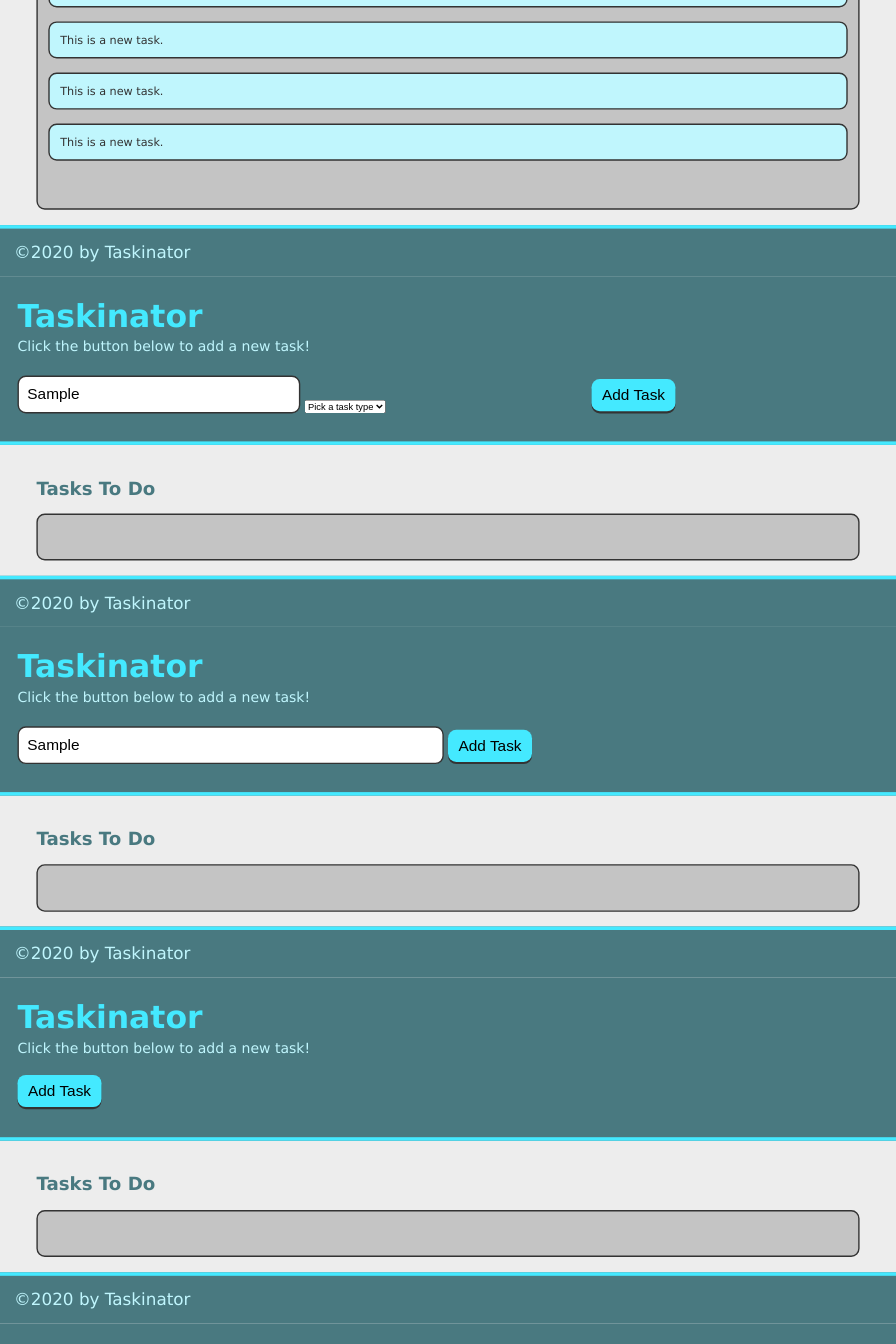
Repository: stuart-rickard/taskinator
Page: index.html
An editor plug-in stored every save of this project. The page is shown before and after the next save, followed by the edit.
The browser window is 1280 px wide. The pictures show the part of the page from y = 1931 to 3851 px (the page is 4368 px tall before and 4733 px after), at 70% of full size.
Empty fields were first filled with sample values (such as "Sample", 5 or name@example.com).
After loading, the first visible `#task-form` was submitted once.

Above is the page before, as saved 2021-11-17 00:43:46.

### index.html
<!DOCTYPE html>
<html lang="en">
<head>
    <meta charset="UTF-8">
    <meta http-equiv="X-UA-Compatible" content="IE=edge">
    <meta name="viewport" content="width=device-width, initial-scale=1.0">
    <title>Taskinator</title>
    <link rel="stylesheet" href="./assets/css/style.css">
</head>
<body>
    <header>
        <h1 class="page-title">Taskinator</h1>
        <p>Click the button below to add a new task!</p>
        <form id="task-form">
            <div class="form-group">
                <input type="text" name="task-name" placeholder="Enter Task Name" />
            </div>
            <div class="form-group">
                <select name="task-type" class="select-dropdown">
                  <option value="" disabled selected>Pick a task type</option>
                  <option value="Print">Print</option>
                  <option value="Web">Web</option>
                  <option value="Mobile">Mobile</option>
                </select>
            </div>
            <div class="form-group">
                <button class="btn" id="save-task" type="submit">Add Task</button>
            </div>
        </form>
    </header>
    <main class="page-content">
        <section class="task-list-wrapper">
          <h2 class="list-title">Tasks To Do</h2>
          <ul class="task-list" id="tasks-to-do">

          </ul>
        </section>
    </main>
    <footer>
        &copy;2020 by Taskinator
    </footer>

    <script src="./assets/js/script.js"></script>
</body>
</html>
<!DOCTYPE html>
<html lang="en">
<head>
    <meta charset="UTF-8">
    <meta http-equiv="X-UA-Compatible" content="IE=edge">
    <meta name="viewport" content="width=device-width, initial-scale=1.0">
    <title>Taskinator</title>
    <link rel="stylesheet" href="./assets/css/style.css">
</head>
<body>
    <header>
        <h1 class="page-title">Taskinator</h1>
        <p>Click the button below to add a new task!</p>
        <form id="task-form">
            <div class="form-group">
                <input type="text" name="task-name" placeholder="Enter Task Name" />
            </div>
            <div class="form-group">
                <select name="task-type">
                  <option value="" disabled selected>Pick a task type</option>
                  <option value="Print">Print</option>
                  <option value="Web">Web</option>
                  <option value="Mobile">Mobile</option>
                </select>
            </div>
            <div class="form-group">
                <button class="btn" id="save-task" type="submit">Add Task</button>
            </div>
        </form>
    </header>
    <main class="page-content">
        <section class="task-list-wrapper">
          <h2 class="list-title">Tasks To Do</h2>
          <ul class="task-list" id="tasks-to-do">

          </ul>
        </section>
    </main>
    <footer>
        &copy;2020 by Taskinator
    </footer>

    <script src="./assets/js/script.js"></script>
</body>
</html>
<!DOCTYPE html>
<html lang="en">
<head>
    <meta charset="UTF-8">
    <meta http-equiv="X-UA-Compatible" content="IE=edge">
    <meta name="viewport" content="width=device-width, initial-scale=1.0">
    <title>Taskinator</title>
    <link rel="stylesheet" href="./assets/css/style.css">
</head>
<body>
    <header>
        <h1 class="page-title">Taskinator</h1>
        <p>Click the button below to add a new task!</p>
        <form id="task-form">
            <div class="form-group">
                <input type="text" name="task-name" placeholder="Enter Task Name" />
            </div>
            <div class="form-group">
                <button class="btn" id="save-task" type="submit">Add Task</button>
            </div>
        </form>
    </header>
    <main class="page-content">
        <section class="task-list-wrapper">
          <h2 class="list-title">Tasks To Do</h2>
          <ul class="task-list" id="tasks-to-do">

          </ul>
        </section>
    </main>
    <footer>
        &copy;2020 by Taskinator
    </footer>

    <script src="./assets/js/script.js"></script>
</body>
</html>
<!DOCTYPE html>
<html lang="en">
<head>
    <meta charset="UTF-8">
    <meta http-equiv="X-UA-Compatible" content="IE=edge">
    <meta name="viewport" content="width=device-width, initial-scale=1.0">
    <title>Taskinator</title>
    <link rel="stylesheet" href="./assets/css/style.css">
</head>
<body>
    <header>
        <h1 class="page-title">Taskinator</h1>
        <p>Click the button below to add a new task!</p>
        <form id="task-form">
            <div class="form-group">
                <button class="btn" id="save-task" type="submit">Add Task</button>
            </div>
        </form>
    </header>
    <main class="page-content">
        <section class="task-list-wrapper">
          <h2 class="list-title">Tasks To Do</h2>
          <ul class="task-list" id="tasks-to-do">

          </ul>
        </section>
    </main>
    <footer>
        &copy;2020 by Taskinator
    </footer>

    <script src="./assets/js/script.js"></script>
</body>
</html>
<!DOCTYPE html>
<html lang="en">
<head>
    <meta charset="UTF-8">
    <meta http-equiv="X-UA-Compatible" content="IE=edge">
    <meta name="viewport" content="width=device-width, initial-scale=1.0">
    <title>Taskinator</title>
    <link rel="stylesheet" href="./assets/css/style.css">
</head>
<body>
    <header>
        <h1 class="page-title">Taskinator</h1>
        <p>Click the button below to add a new task!</p>
        <button class="btn" id="save-task" >Add Task</button>
    </header>
    <main class="page-content">
        <section class="task-list-wrapper">
          <h2 class="list-title">Tasks To Do</h2>
          <ul class="task-list" id="tasks-to-do">
            <li class="task-item">A task is going to be added soon!</li>
          </ul>
        </section>
    </main>
    <footer>
        &copy;2020 by Taskinator
    </footer>

    <script src="./assets/js/script.js"></script>
</body>
</html>

### assets/css/style.css
* {
  box-sizing: border-box;
}

:root {
  --primary: #44e9ff;
  --secondary: #497980;
  --tertiary: rgb(192, 246, 253);
  --grey: #333;
  font-size: 62.5%;
}

body {
  background: #ededed;
  color: var(--grey);
  margin: 0;
  padding: 0;
  display: flex;
  min-height: 100vh;
  flex-direction: column;
  font-family: Verdana, Geneva, Tahoma, sans-serif;
}

header {
  background: var(--secondary);
  padding: 30px 25px;
  border-bottom: 5px solid var(--primary);
}

header p {
  color: var(--tertiary);
  margin: 5px 0 20px;
  font-size: 2rem;
}

p,
li {
  font-size: 1.6rem;
}

form {
  display: flex;
  align-items: flex-end;
  flex-wrap: wrap;
}

form input {
  outline: none;
  border: none;
  padding: 12px;
  width: 100%;
  font-size: 2.2rem;
  border: 2px solid var(--grey);
  border-radius: 12px;
}

form .form-group {
  margin: 10px 6px 10px 0;
  flex: 1;
}

footer {
  width: 100%;
  background: var(--secondary);
  color: var(--tertiary);
  font-size: 2.4rem;
  padding: 20px;
  border-top: 5px solid var(--primary);
}

.page-title {
  color: var(--primary);
  margin-bottom: 5px;
  margin-top: 0;
  font-size: 4.5rem;
}

.page-content {
  flex: 1;
  display: flex;
  flex-wrap: wrap;
  justify-content: center;
  margin: 25px auto;
  width: 95%;
}

.task-list-wrapper {
  flex: 1;
  margin: 0 20px 20px;
}

.list-title {
  color: var(--secondary);
  font-size: 2.6rem;
}

.task-list {
  list-style: none;
  padding: 15px;
  height: calc(100% - 50px);
  background: rgb(196, 196, 196);
  border-radius: 12px;
  border: 2px solid var(--grey);
}

.task-item {
  color: var(--grey);
  padding: 15px 15px;
  border: 2px solid var(--grey);
  background: var(--tertiary);
  border-radius: 12px;
  margin-bottom: 20px;
}

.task-name {
  margin: 0;
  font-size: 1.8rem;
}

.task-type {
  color: var(--secondary);
  font-size: 1.55rem;
}
.task-actions {
  display: flex;
  flex-wrap: wrap;
  align-items: center;
  margin: 10px 0 5px 0;
  justify-content: space-between;
}

.task-actions button,
.task-actions select {
  flex: 1;
}

.btn {
  outline: none;
  border: none;
  display: inline-block;
  padding: 10px 15px;
  background: var(--primary);
  font-size: 2.2rem;
  border-radius: 12px;
  position: relative;
  top: -3px;
  box-shadow: 0 3px var(--grey);
}

.btn:hover {
  box-shadow: 0 2px var(--grey);
  top: -2px;
}
.btn:active {
  box-shadow: 0 0px var(--grey);
  top: 0;
}

.edit-btn,
.delete-btn {
  font-size: 1.4rem;
  padding: 5px 7px;
  margin: 3px;
  background: var(--secondary);
  color: #fff;
}

.select-dropdown,
.select-status {
  display: block;
  font-size: 2.2rem;
  color: #444;
  padding: 12px;
  width: 100%;
  max-width: 100%;
  margin: 0;
  border: 2px solid var(--grey);
  border-radius: 12px;
  -moz-appearance: none;
  -webkit-appearance: none;
  appearance: none;
  background-color: #fff;
  background-image: url("../images/select-arrow.svg");
  background-repeat: no-repeat, repeat;
  background-position: right 0.7em top 50%, 0 0;
  background-size: 0.65em auto, 100%;
}

.select-status {
  font-size: 1.4rem;
  padding: 4px 28px 4px 4px;
  width: auto;
}

.select-dropdown::-ms-expand,
.select-status::-ms-expand {
  display: none;
}

.select-dropdown:hover,
.select-status:hover {
  border-color: #888;
}

.select-dropdown:focus,
.select-status:focus {
  border-color: #aaa;
  box-shadow: 0 0 1px 3px rgba(59, 153, 252, 0.7);
  box-shadow: 0 0 0 3px -moz-mac-focusring;
  color: #222;
  outline: none;
}
.select-dropdown option,
.select-status option {
  font-weight: normal;
  font-size: 2rem;
}

@media screen and (max-width: 980px) {
  form .form-group {
    flex: 1 100%;
  }

  form .form-group button {
    width: 100%;
  }

  .task-list-wrapper {
    flex-basis: 100%;
  }

}

### assets/js/script.js
var formEl = document.querySelector("#task-form");
var tasksToDoEl = document.querySelector("#tasks-to-do");

var createTaskHandler = function() {

    event.preventDefault();

    var listItemEl = document.createElement("li");
    listItemEl.className = "task-item";
    listItemEl.textContent = "This is a new task.";
    tasksToDoEl.appendChild(listItemEl);
  }

  formEl.addEventListener("submit", createTaskHandler);
var formEl = document.querySelector("#task-form");
var tasksToDoEl = document.querySelector("#tasks-to-do");

var createTaskHandler = function() {

    event.preventDefault();

    var listItemEl = document.createElement("li");
    listItemEl.className = "task-item";
    listItemEl.textContent = "This is a new task.";
    tasksToDoEl.appendChild(listItemEl);
    console.log(event);
  }

  formEl.addEventListener("submit", createTaskHandler);
var formEl = document.querySelector("#task-form");
var tasksToDoEl = document.querySelector("#tasks-to-do");

var createTaskHandler = function() {

    event.preventDefault();

    var listItemEl = document.createElement("li");
    listItemEl.className = "task-item";
    listItemEl.textContent = "This is a new task.";
    tasksToDoEl.appendChild(listItemEl);
    console.log();
  }

  formEl.addEventListener("submit", createTaskHandler);
var formEl = document.querySelector("#task-form");
var tasksToDoEl = document.querySelector("#tasks-to-do");

var createTaskHandler = function() {

    event.preventDefault();

    var listItemEl = document.createElement("li");
    listItemEl.className = "task-item";
    listItemEl.textContent = "This is a new task.";
    tasksToDoEl.appendChild(listItemEl);
  }

  formEl.addEventListener("submit", createTaskHandler);
var formEl = document.querySelector("#task-form");
var tasksToDoEl = document.querySelector("#tasks-to-do");

var createTaskHandler = function() {
    var listItemEl = document.createElement("li");
    listItemEl.className = "task-item";
    listItemEl.textContent = "This is a new task.";
    tasksToDoEl.appendChild(listItemEl);
  }

  formEl.addEventListener("submit", createTaskHandler);
var buttonEl = document.querySelector("#save-task");
var tasksToDoEl = document.querySelector("#tasks-to-do");

var createTaskHandler = function() {
    var listItemEl = document.createElement("li");
    listItemEl.className = "task-item";
    listItemEl.textContent = "This is a new task.";
    tasksToDoEl.appendChild(listItemEl);
  }

buttonEl.addEventListener("click", createTaskHandler);

After the next save:
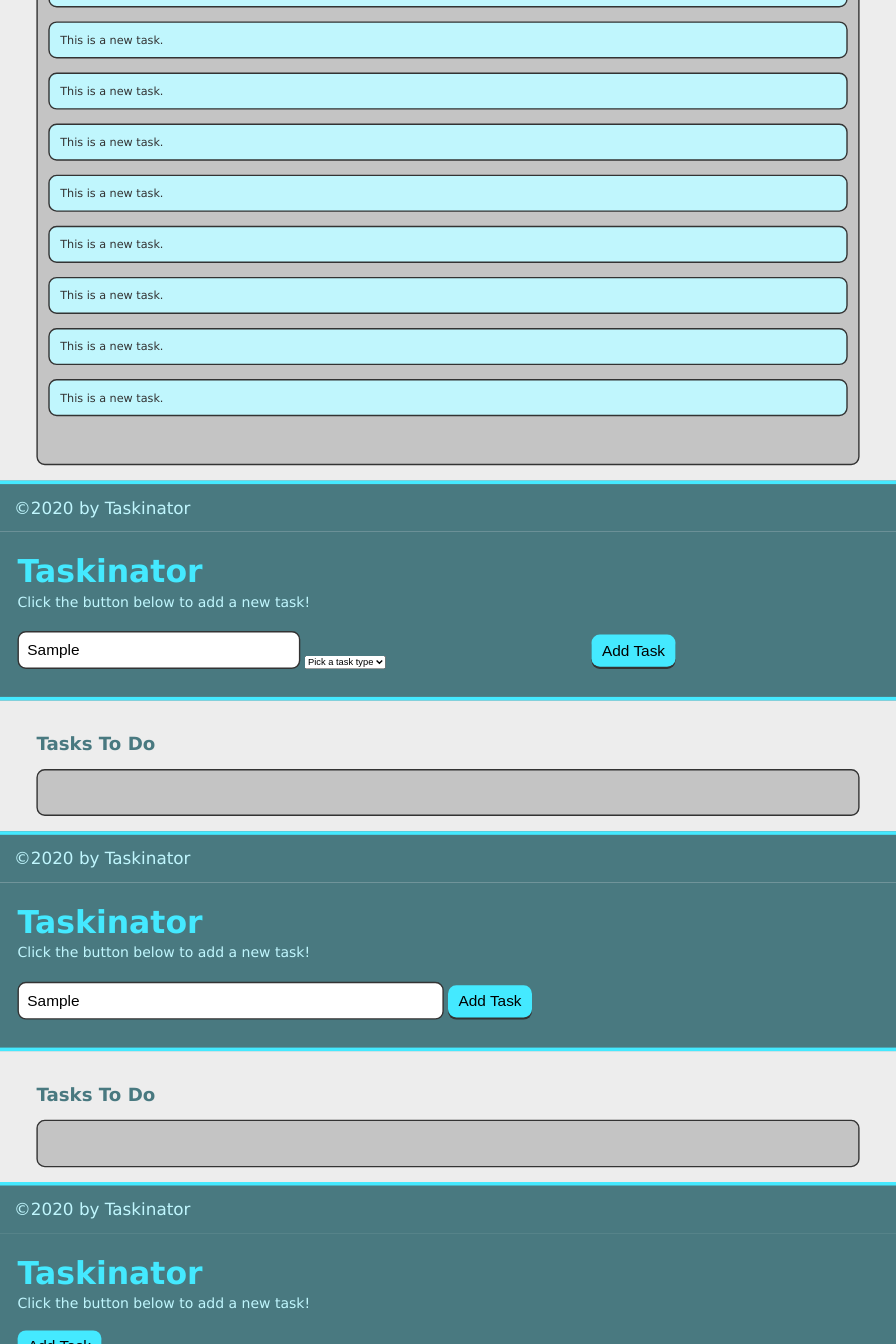
Saved 8 min 33 s later.
--- a/assets/js/script.js
+++ b/assets/js/script.js
@@ -1,3 +1,19 @@
+var formEl = document.querySelector("#task-form");
+var tasksToDoEl = document.querySelector("#tasks-to-do");
+
+var createTaskHandler = function() {
+
+    event.preventDefault();
+    var taskNameInput = document.querySelector("input[name='task-name']");
+    console.dir(taskNameInput);
+
+    var listItemEl = document.createElement("li");
+    listItemEl.className = "task-item";
+    listItemEl.textContent = "This is a new task.";
+    tasksToDoEl.appendChild(listItemEl);
+  }
+
+  formEl.addEventListener("submit", createTaskHandler);
 var formEl = document.querySelector("#task-form");
 var tasksToDoEl = document.querySelector("#tasks-to-do");
 
